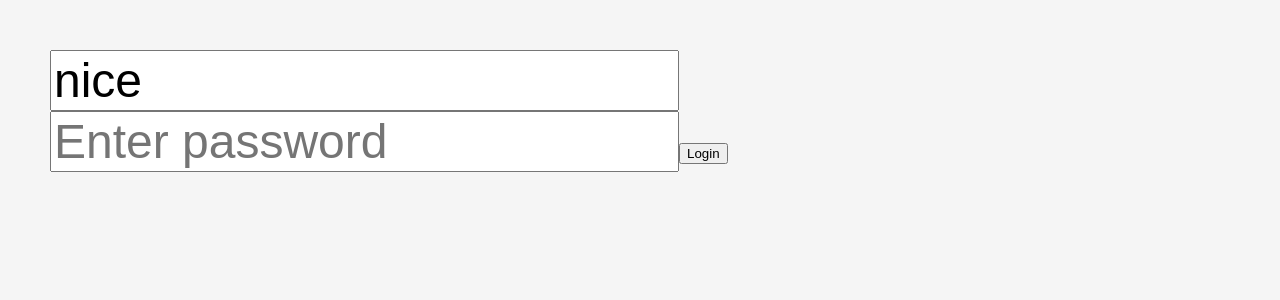
Repository: aanchal0205/yumili
Page: /
The author's editor kept a copy of each file at every save. The page is drawn from the files as they stood at one save, then again after the next save.
The browser window is 1280 px wide. The pictures show the whole page.
The project was rebuilt for these pictures with package versions that can differ from the ones it lists, and the page was loaded fresh each time.

Above is the page before, as saved 2021-12-18 09:20:06.

After the next save:
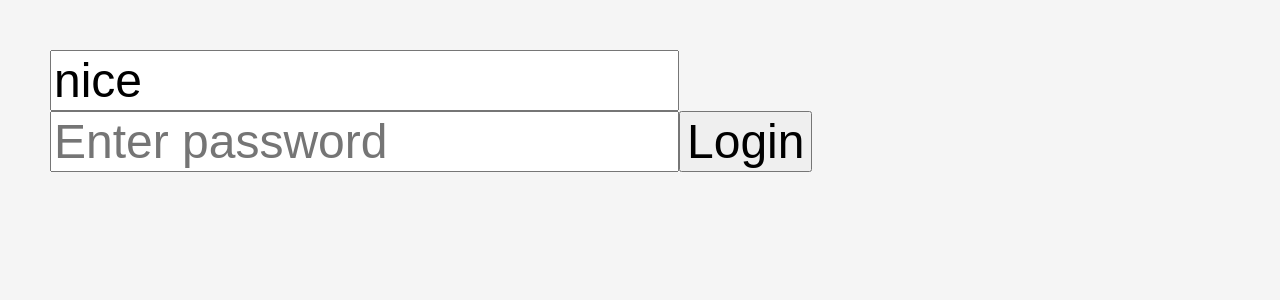
Saved 5 s later.
--- a/src/App.css
+++ b/src/App.css
@@ -46,7 +46,7 @@ body
 
 }
 
-.login-form > input
+.login-form > input,button
 {
   font-size: 48px;
 }
